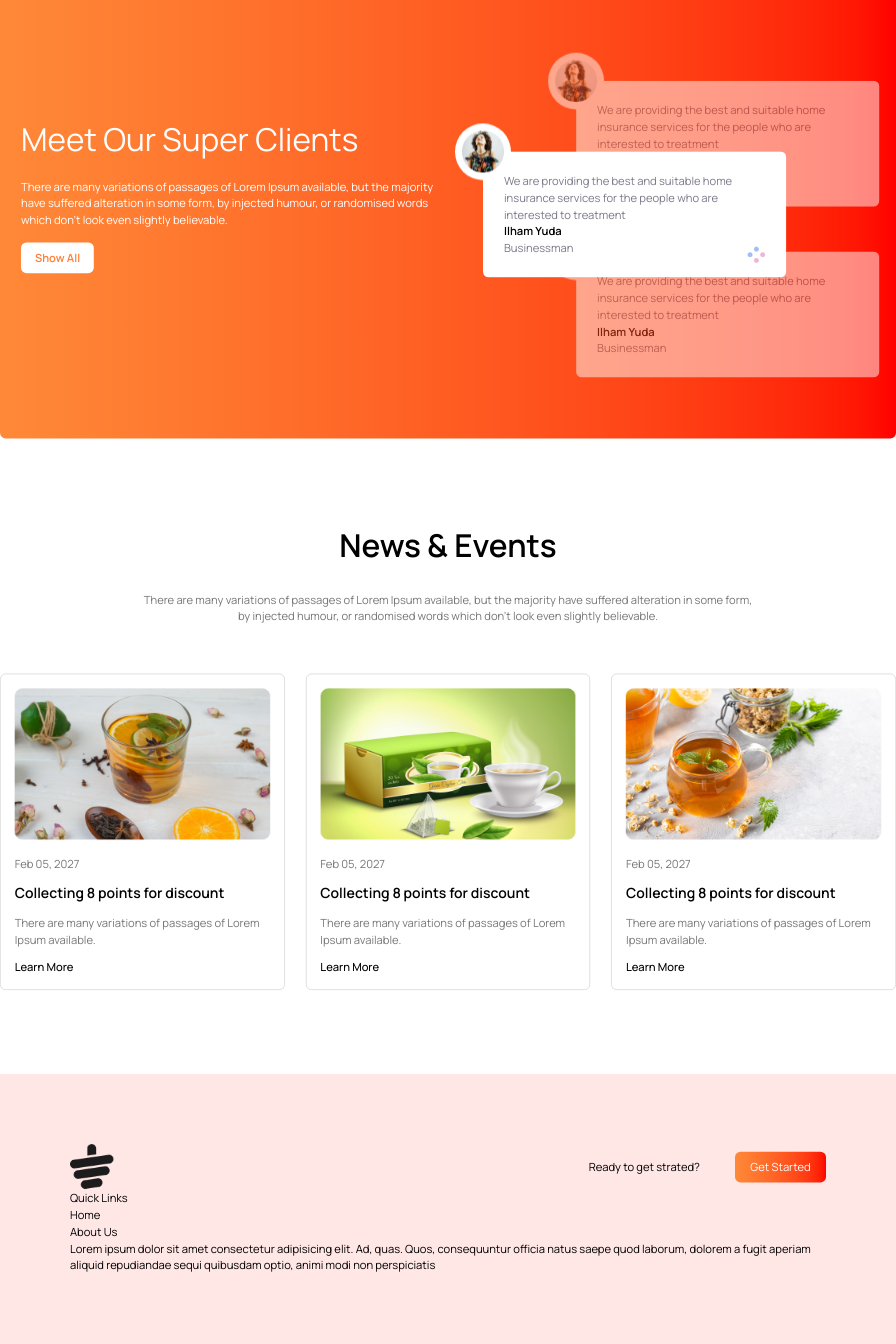
Repository: nahid-hasann/website-9
Page: index.html
The author's editor kept a copy of each file at every save. The page is drawn from the files as they stood at one save, then again after the next save.
The browser window is 1280 px wide. The pictures show the part of the page from y = 2075 to 3995 px (the page is 3995 px tall before and 3947 px after), at 70% of full size.
Some web libraries are served in a nearby version.

Above is the page before, as saved 2025-08-17 21:21:38.

### index.html
<!DOCTYPE html>
<html lang="en">
<head>
    <meta charset="UTF-8">
    <meta name="viewport" content="width=device-width, initial-scale=1.0">
    <title>Tea House</title>
    <script src="https://cdn.jsdelivr.net/npm/@tailwindcss/browser@4"></script>
    <link rel="stylesheet" href="style.css">
    <link rel="stylesheet" href="https://cdnjs.cloudflare.com/ajax/libs/font-awesome/7.0.0/css/all.min.css" integrity="sha512-DxV+EoADOkOygM4IR9yXP8Sb2qwgidEmeqAEmDKIOfPRQZOWbXCzLC6vjbZyy0vPisbH2SyW27+ddLVCN+OMzQ==" crossorigin="anonymous" referrerpolicy="no-referrer" />

</head>
<body class="manrope-font">

<section class="banner-main-section max-w-[1300px]  flex flex-col md:flex-row  mx-auto  justify-between items-center">
    <div class="left-div">
        <h1 class="md:text-[80px] font-semibold text-[40px]">It's good <br> tea time at The <br> Tea House</h1>
        <p class="text-[18px] text-[#777777]">Tea and Botanical Solutions Supplier Give Optimum <br> Satisfaction To Your Taste Buds.</p>
        <button class="bg-[#ff2710] text-[#fff3f1] btn-1 bg-gradient-to-r from-[#FF8938] to-[#FF0000]">Explor More <i class="fa-solid fa-arrow-right -rotate-45"></i> </button>
    </div>
    <div class="right-div relative">
        <img src="images/banner.png" alt="">
        <div class="ratting bg-[#ffffff] shadow-2xl flex gap-2 items-center w-[230px] justify-center py-[15px] absolute bottom-[25px] left-[110px] rounded-[8px]">
              <div>
                <i class="fa-solid fa-star text-yellow-500 text-[23px]"></i>
              </div>
              <div>
                <h1 class="font-bold text-[23px]">5.00</h1>
                <p class="text-[#777777]">Trust Pilot Ratings</p>
              </div>
        </div>
    </div>
</section>

<section class="featured-section max-w-[1300px]  mx-auto my-[120px]">
     <div class="futured-text">
         <h1 class="md:text-[45px] text-[30px] font-semibold text-center">Our Featured Products</h1>
         <p class="text-[16px] text-[#777777] text-center my-[20px] md:w-[900px] mx-auto">There are many variations of passages of Lorem Ipsum available, but the majority have suffered alteration in some form, by injected humour, or randomised words which don't look even slightly believable. </p>
     </div>
     <div class="product-card flex flex-col md:flex-row gap-[30px] justify-center items-center ">
        <div class="card">
             <img src="images/tea-1.png" alt="">
             <h1>Milk Tea</h1>
             <p>Creamer could be replaced by fresh milk</p>
        </div>
        <div class="card">
             <img src="images/tea-2.png" alt="">
             <h1>Black Tea</h1>
             <p>Creamer could be replaced by fresh milk</p>
        </div>
        <div class="card">
             <img src="images/tea-3.png" alt="">
             <h1>Lemon Tea</h1>
             <p>Creamer could be replaced by fresh milk</p>
        </div>
        <div class="card">
             <img src="images/tea-4.png" alt="">
             <h1>Green Tea</h1>
             <p>Creamer could be replaced by fresh milk</p>
        </div>
     </div>
</section>

<section class="great-tea-section max-w-[1300px] mx-auto mb-[120px]">
    <div class="great-tea-main-section flex flex-col justify-center items-center md:flex-row gap-[50px]">
        <div class="div-left grid grid-cols-1 md:grid-cols-2  grid-rows-3 gap-[50px] max-w-[50%] ">
             <div class="grid-layout  bg-gradient-to-r from-[#ffe7e6] to-[#fff3eb] rounded-lg"></div>
             <div class="grid-layout row-span-2 bg-[#eef1eb] p-5 flex justify-center items-center rounded-lg">
                <img src="images/fresh-2.png" alt=""></div>
             <div class="grid-layout row-span-2 bg-[#fcf6e9] p-5 flex justify-center items-center rounded-lg" >
                <img src="images/fresh-1.png" alt=""></div>
             <div class="grid-layout bg-gradient-to-r from-[#D9D9D9] to-[#FFFFFF] rounded-lg"></div>
        </div>
        <div class="div-right max-w-[50%]">
           <h1 class="text-[45px] font-semibold text-center md:text-left">Great Tea, Freshly <br> Presented</h1>
           <p class="text-[16px] text-[#777777] my-[17px] text-center md:text-left">The meaning of gong cha is chanese is to provide the best tea to emperor from all possessions . It represents the highest quality and self expectation. Establishing in 2006, Gong cha had been deeply appreciated by its custoers  because of good words of mouth and unique customized service orginated from Taiwan.</p>
           <h4 class="text-[20px ] font-semibold mb-[14px] text-center md:text-left">Unique Taste</h4>
           <p class="mb-[17px] text-[#777777] text-center md:text-left">A Unique and different style from other teapots gives a <br> luxurious and minimalist impression</p>
           <h4 class="text-[20px ] font-semibold mb-[14px] text-center md:text-left">Premium Quality</h4>
           <p class="text-[#777777] text-center md:text-left">Premium Quality that makes tea more elegant and more <br> durable when you use it.</p>
        </div>
    </div>
</section>

<section class="review-section max-w-[1300px] bg-gradient-to-r from-[#FF8938] to-[#FF0000] mx-auto p-[30px] rounded-lg mb-[120px]  md:max-h-[650px] h-[1000px]">
     <div class="review-section-main-div grid grid-cols-1 md:grid-cols-2 ">
        <div class="left-review-text md:my-[160px] my-[20px]">
         <h1 class=" text-[45px] text-white md:text-left text-center">Meet Our Super Clients</h1>
         <p class="text-[16px] text-white my-[30px] md:my-[20px] md:text-left text-center">There are many variations of passages of Lorem Ipsum available, but the majority have suffered alteration in some form, by injected humour, or randomised words which don't look even slightly believable. </p>
         <button class="btn-2 bg-white text-[#ff7d33] py-[10px] px-[20px] rounded-lg font-semibold md:ml-0 ml-[155px]"> Show All </button>
        </div>
        <div class="right-review-card relative grid items-center justify-center">
            <div class="review-card bg-white p-[30px] top-[210px]  left-[50px] md:max-w-[433px]  w-[70vw] absolute grid justify-center items-center rounded-lg z-999">
                <p class="text-[#7c798a]">We are providing the best and suitable home insurance services for the people who are interested to treatment</p>
            <h4 class="font-semibold">Ilham Yuda</h4>
            <p class="text-[#7c798a]">Businessman</p>
            <div class="review-img absolute -top-[40px] -left-[40px] bg-white p-[10px] rounded-[50%]">
                <img src="images/client.png" alt="">
            </div>
            <img src="images/circles.png" class="absolute right-[30px] bottom-[20px]" alt="">
            </div>
            <div class="review-card bg-white p-[30px] md:max-w-[433px] w-[70vw]  absolute grid justify-center items-center rounded-lg md:top-[20%] md:left-[30%] opacity-[0.5] top-[-40px] left-[100px]">
                <p class="text-[#7c798a]">We are providing the best and suitable home insurance services for the people who are interested to treatment</p>
            <h4 class="font-semibold">Ilham Yuda</h4>
            <p class="text-[#7c798a]">Businessman</p>
            <div class="review-img absolute -top-[40px] -left-[40px] bg-white p-[10px] rounded-[50%]">
                <img src="images/client.png" alt="">
            </div>
            </div>
            <div class="review-card bg-white p-[30px] md:max-w-[433px] w-[70vw]  absolute grid justify-center items-center rounded-lg md:top-[65%] md:left-[30%] opacity-[0.5] top-[310px] left-[100px]">
                <p class="text-[#7c798a]">We are providing the best and suitable home insurance services for the people who are interested to treatment</p>
            <h4 class="font-semibold">Ilham Yuda</h4>
            <p class="text-[#7c798a]">Businessman</p>
            <div class="review-img absolute -top-[40px] -left-[40px] bg-white p-[10px] rounded-[50%]">
                <img src="images/client.png" alt="">
            </div>
            </div>
        </div>
     </div>
</section>

<section class="new-events-section mb-[120px] max-w-[1300px] mx-auto">
    <h1 class="md:text-[45px] text-[30px] text-center font-semibold">News & Events</h1>
    <p class="text-[#777777] text-center mt-[30px] mb-[70px] ">There are many variations of passages of Lorem Ipsum available, but the majority have suffered alteration in some form, <br> by injected humour, or randomised words which don't look even slightly believable. </p>
    <div class="new-events-card grid grid-cols-1 md:grid-cols-3 gap-[30px] justify-center items-center md:p-0 p-[20px]">
        <div class="cards bg-[#ffffff] border border-[#D2D2D2] p-[20px]  rounded-lg">
            <img src="images/news-2.png" class="w-full" alt="">
            <p class="text-[#777777] mt-[22px]">Feb 05, 2027</p>
            <h1 class="text-[20px] font-semibold my-[15px]">Collecting 8 points for discount</h1>
            <p class="mb-[15px] text-[#777777]">There are many variations of passages of Lorem Ipsum available.</p>
            <p class="font-medium">Learn More</p>
        </div>
          <div class="cards bg-[#ffffff] border border-[#D2D2D2] p-[20px] grid grid-cols-1  justify-center items-center rounded-lg ">
            <img src="images/news-1.png" class="w-full" alt="">
            <p class="text-[#777777] mt-[22px]">Feb 05, 2027</p>
            <h1 class="text-[20px] font-semibold my-[15px]">Collecting 8 points for discount</h1>
            <p class="mb-[15px] text-[#777777]">There are many variations of passages of Lorem Ipsum available.</p>
            <p class="font-medium">Learn More</p>
        </div>
         <div class="cards bg-[#ffffff] border border-[#D2D2D2] p-[20px] grid grid-cols-1  justify-center items-center rounded-lg ">
            <img src="images/news-3.png" class="w-full" alt="">
            <p class="text-[#777777] mt-[22px]">Feb 05, 2027</p>
            <h1 class="text-[20px] font-semibold my-[15px]">Collecting 8 points for discount</h1>
            <p class="mb-[15px] text-[#777777]">There are many variations of passages of Lorem Ipsum available.</p>
            <p class="font-medium">Learn More</p>
        </div>
    </div>
</section>

<footer class="bg-[#ffe7e6] p-[100px]">
    <div class="footer-1 flex flex-col md:flex-row justify-between items-center md:mx-w-[1200px] md:mx-auto">
       <img src="images/cup.png" class="w-[62px] mb-[30px] md:mb-0" alt="">
        <div class="footer-right-text flex flex-col md:flex-row items-center justify-center gap-4 md:gap-[50px]">
            <p>Ready to get strated?</p>
            <button class="btn-3 bg-gradient-to-r from-[#FF8938] to-[#FF0000] py-[10px] px-[22px] rounded-lg text-white">Get Started</button>
        </div>
    </div>
    <div class="footer-2">
        <div class="footer-text-1">
            <h5>Quick Links</h5>
            <ul>
                <li>Home</li>
                <li>About Us</li>
                Lorem ipsum dolor sit amet consectetur adipisicing elit. Ad, quas. Quos, consequuntur officia natus saepe quod laborum, dolorem a fugit aperiam aliquid repudiandae sequi quibusdam optio, animi modi non perspiciatis
            </ul>
        </div>
    </div>
</footer>





<script>
  if ('scrollRestoration' in history) {
    history.scrollRestoration = 'manual';
  }
  window.addEventListener('beforeunload', () => {
    localStorage.setItem('scrollX', String(window.scrollX));
    localStorage.setItem('scrollY', String(window.scrollY));
  });
  window.addEventListener('load', () => {
    const x = Number(localStorage.getItem('scrollX') || 0);
    const y = Number(localStorage.getItem('scrollY') || 0);
    window.scrollTo(x, y);
  });
</script>
</body>
</html>

### style.css
@import url('https://fonts.googleapis.com/css2?family=Manrope:wght@200..800&display=swap');


.manrope-font{
    font-family: "Manrope", sans-serif;
}

.banner-main-section{
    margin: 120px auto;
}

.left-div p{
    margin: 30px 0;
}

.btn-1{
    padding: 10px 22px;
    border-radius: 7px;
}

.card{
    background-color: #f8f8f8;
    display: flex;
    flex-direction: column;
    justify-content: center;
    align-items: center;
    padding: 20px 20px;
    border-radius: 7px;
    margin-top: 50px;
}

.card h1{
    font-size: 25px;
    font-weight: 600;
    margin-top: 14px;
}

.card p{
    font-size: 16px;
    color: #777777;
    text-align: center;
}

After the next save:
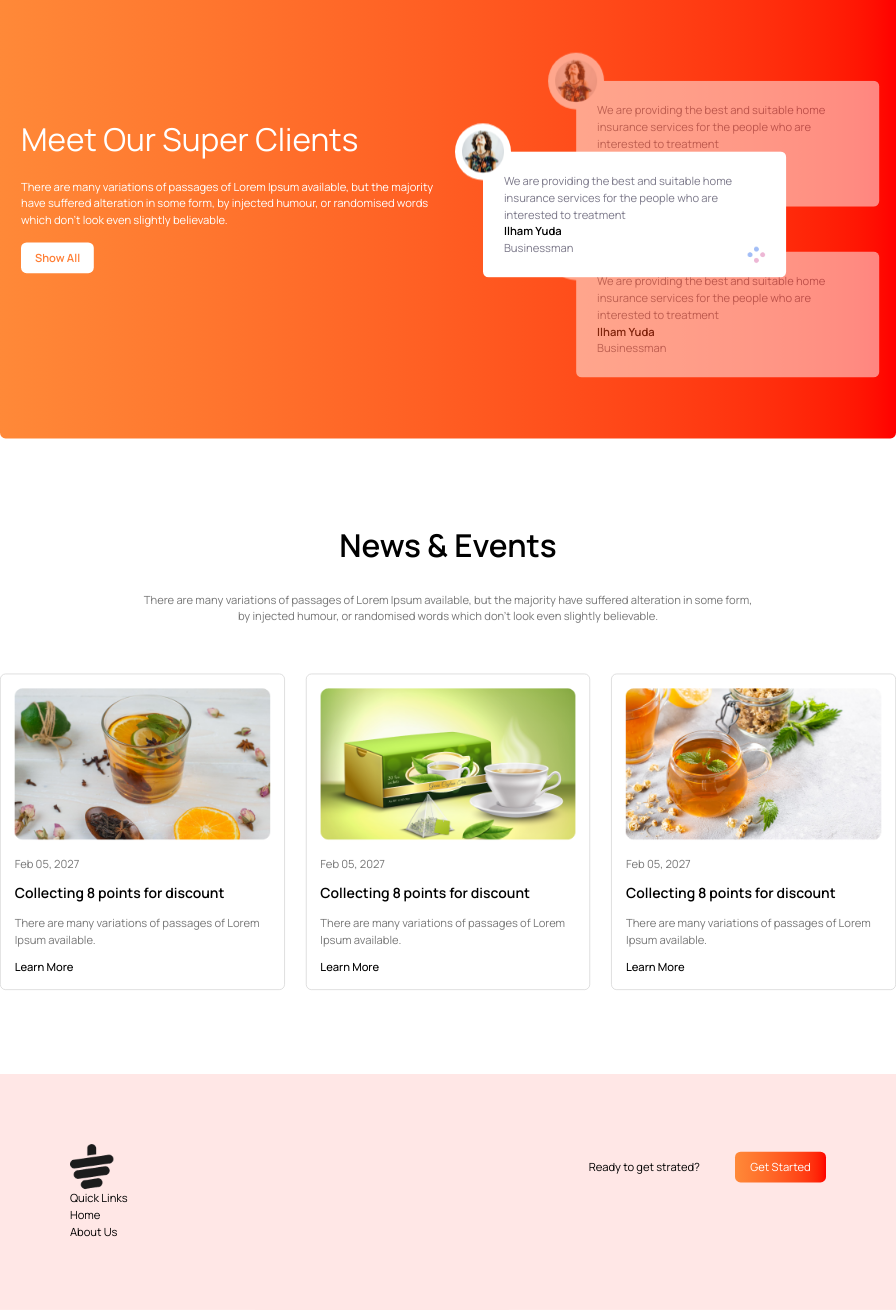
Saved 5 s later.
--- a/index.html
+++ b/index.html
@@ -160,7 +160,7 @@
             <ul>
                 <li>Home</li>
                 <li>About Us</li>
-                Lorem ipsum dolor sit amet consectetur adipisicing elit. Ad, quas. Quos, consequuntur officia natus saepe quod laborum, dolorem a fugit aperiam aliquid repudiandae sequi quibusdam optio, animi modi non perspiciatis
+                <li></li>
             </ul>
         </div>
     </div>
